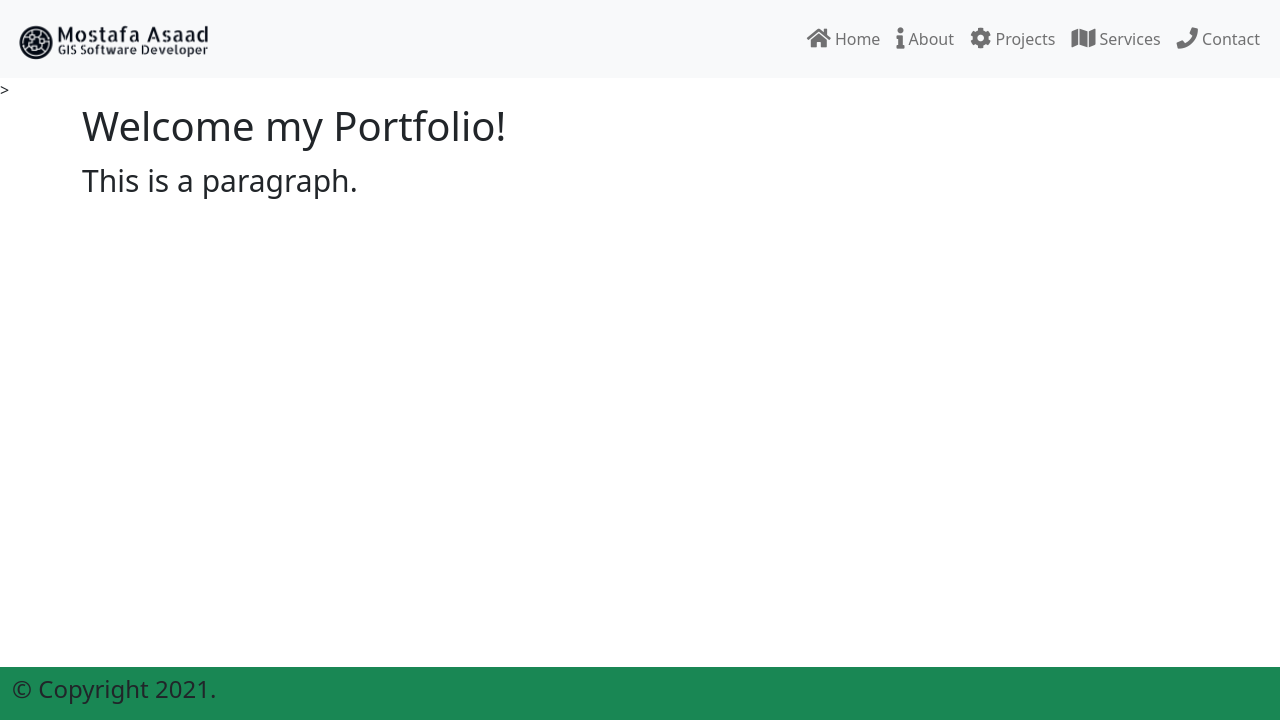
Repository: Mostafa-Asaad/Portfolio
Page: http://localhost/
These files come from the project's save history. The page is drawn as it stood at one moment and after the next save; the edit follows.
The browser window is 1280 px wide. The pictures show the whole page.
The page is served by the project's Node server (index.js). Other server files are loaded and not shown.

Above is the page before, as saved 2021-06-04 19:08:16.

### Server/Views/index.ejs
<!DOCTYPE html>
<html lang="en">
<head>
  <meta charset="UTF-8">
  <meta http-equiv="X-UA-Compatible" content="IE=edge">
  <meta name="viewport" content="width=device-width, initial-scale=1.0">
  <title><%= title %></title>
  <!-- CSS Section -->
  <link rel="stylesheet" href="/bootstrap/dist/css/bootstrap.min.css">
  <link rel="stylesheet" href="/@fortawesome/fontawesome-free/css/all.min.css">
  <link rel="stylesheet" href="/Content/app.css">
</head>
<body>
  <!-- Navigation Section -->
 <header>
  <%- include('./components/header.ejs') %>
 </header>

  <!--Main Content-->>
  <main>
    <%- include('./content/' + page + '.ejs') %>
  </main>

  <!-- Bottom Nav -->
  <footer>
    <%- include('./components/footer.ejs') %>
  </footer>

  <!-- JavaScript Section -->
  <script src="/jquery/dist/jquery.min.js"></script>
  <script src="/bootstrap/dist/js/bootstrap.min.js"></script>
  <script src="/Scripts/app.js"></script>
</body>
</html>

### Server/Views/components/header.ejs
<nav class="navbar navbar-expand-lg navbar-light bg-light">
    <div class="container-fluid">
      <a class="navbar-brand" href="/home"><img src="/Assets/images/Logo.png" width="200"></a>
      <button class="navbar-toggler" type="button" data-bs-toggle="collapse" data-bs-target="#navbarSupportedContent" aria-controls="navbarSupportedContent" aria-expanded="false" aria-label="Toggle navigation">
        <span class="navbar-toggler-icon"></span>
      </button>
      <div class="collapse navbar-collapse" id="navbarSupportedContent">
        <ul class="navbar-nav ms-auto mb-2 mb-lg-0">
          <li class="nav-item">
            <a class="nav-link" href="/home"><i class="fas fa-home fa-lg"></i> Home</a>
          </li>
          <li class="nav-item">
            <a class="nav-link" href="/about"><i class="fas fa-info fa-lg"></i> About</a>
          </li>
          <li class="nav-item">
            <a class="nav-link" href="/projects"><i class="fas fa-cog fa-lg"></i> Projects</a>
          </li>
          <li class="nav-item">
            <a class="nav-link" href="/services"><i class="fas fa-map fa-lg"></i> Services</a>
          </li>
          <li class="nav-item">
            <a class="nav-link" href="/contact"><i class="fas fa-phone fa-lg"></i> Contact</a>
          </li>
        </ul>
      </div>
    </div>
  </nav>

### Server/Views/content/home.ejs
<div class="container">
    <h1>Welcome my Portfolio!</h1>
    <p style="font-size:30px">This is a paragraph.</p>

</div>

### Server/Views/components/footer.ejs
<nav class="navbar fixed-bottom navbar-success bg-success">
    <div class="container-fluid">
      <h4>&copy; Copyright 2021.</h4>
    </div>
  </nav>

### index.js
#!/usr/bin/env node
"use strict";
var __importDefault = (this && this.__importDefault) || function (mod) {
    return (mod && mod.__esModule) ? mod : { "default": mod };
};
Object.defineProperty(exports, "__esModule", { value: true });
const app_1 = __importDefault(require("./Server/Config/app"));
const debug_1 = __importDefault(require("debug"));
debug_1.default('week-4d:server');
const http_1 = __importDefault(require("http"));
let port = normalizePort(process.env.PORT || '3000');
app_1.default.set('port', port);
let server = http_1.default.createServer(app_1.default);
server.listen(port);
server.on('error', onError);
server.on('listening', onListening);
function normalizePort(val) {
    let port = parseInt(val, 10);
    if (isNaN(port)) {
        return val;
    }
    if (port >= 0) {
        return port;
    }
    return false;
}
function onError(error) {
    if (error.syscall !== 'listen') {
        throw error;
    }
    var bind = typeof port === 'string'
        ? 'Pipe ' + port
        : 'Port ' + port;
    switch (error.code) {
        case 'EACCES':
            console.error(bind + ' requires elevated privileges');
            process.exit(1);
            break;
        case 'EADDRINUSE':
            console.error(bind + ' is already in use');
            process.exit(1);
            break;
        default:
            throw error;
    }
}
function onListening() {
    let addr = server.address();
    let bind = typeof addr === 'string'
        ? 'pipe ' + addr
        : 'port ' + addr.port;
    debug_1.default('Listening on ' + bind);
}
//# sourceMappingURL=index.js.map

### Server/Routes/index.js
"use strict";
var __importDefault = (this && this.__importDefault) || function (mod) {
    return (mod && mod.__esModule) ? mod : { "default": mod };
};
Object.defineProperty(exports, "__esModule", { value: true });
const express_1 = __importDefault(require("express"));
const router = express_1.default.Router();
exports.default = router;
router.get('/', function (req, res, next) {
    res.render('index', { title: 'Home', page: 'home' });
});
router.get('/home', function (req, res, next) {
    res.render('index', { title: 'Home', page: 'home' });
});
router.get('/about', function (req, res, next) {
    res.render('index', { title: 'About Me', page: 'about' });
});
router.get('/projects', function (req, res, next) {
    res.render('index', { title: 'My Projects', page: 'projects' });
});
router.get('/services', function (req, res, next) {
    res.render('index', { title: 'My Services', page: 'services' });
});
router.get('/contact', function (req, res, next) {
    res.render('index', { title: 'Contact me', page: 'contact' });
});
//# sourceMappingURL=index.js.map

### Client/Content/app.css
/* your custom css goes here */

### Client/Scripts/app.js
"use strict";
(function () {
    function Start() {
        console.log("App Started");
    }
    window.addEventListener("load", Start);
})();
//# sourceMappingURL=app.js.map

After the next save:
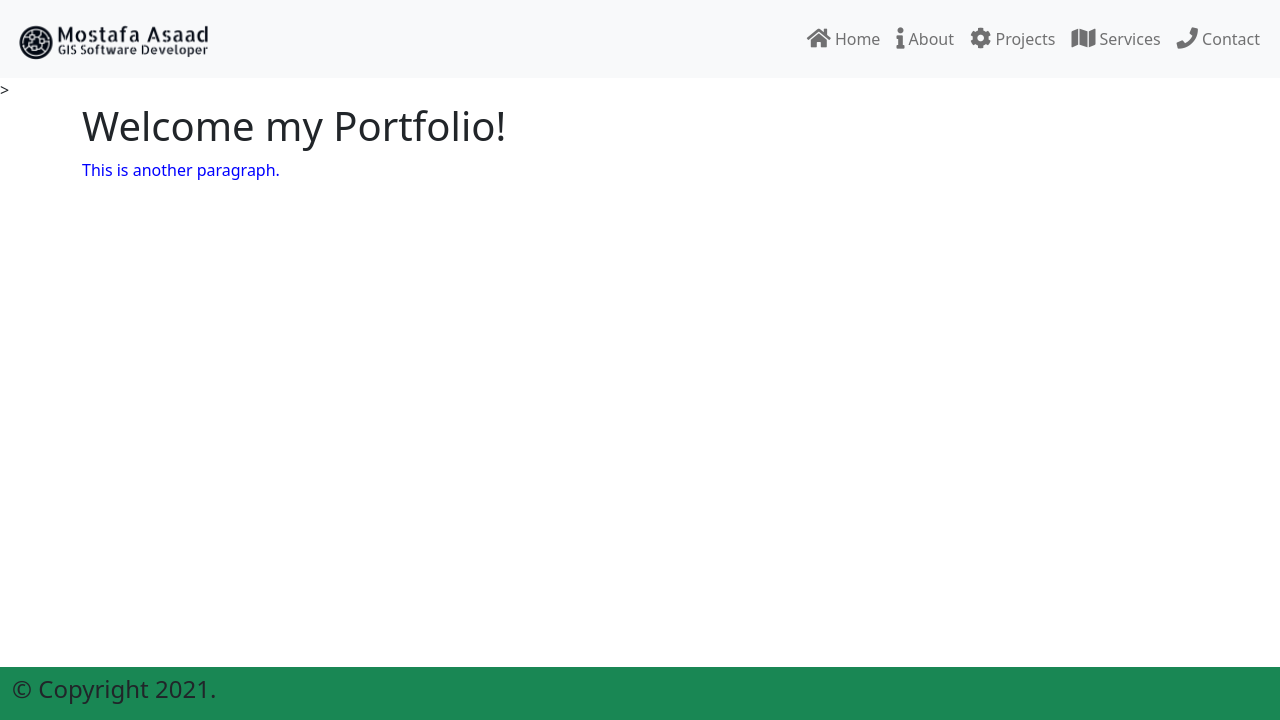
Saved 18 s later.
--- a/Server/Views/content/home.ejs
+++ b/Server/Views/content/home.ejs
@@ -1,5 +1,5 @@
 <div class="container">
     <h1>Welcome my Portfolio!</h1>
-    <p style="font-size:30px">This is a paragraph.</p>
+    <p style="color:blue">This is another paragraph.</p>
 
 </div>
